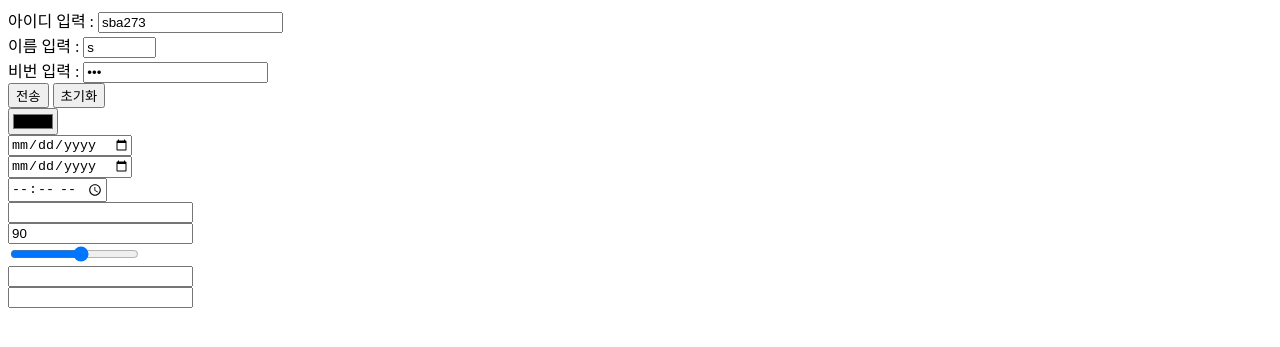
Repository: Kray273/JSLab
Page: html/src/main/webapp/Day97/formtag4.html
An editor plug-in stored every save of this project. The page is shown before and after the next save, followed by the edit.
The browser window is 1280 px wide. The pictures show the whole page.

Above is the page before, as saved 2022-11-25 01:42:42.

After the next save:
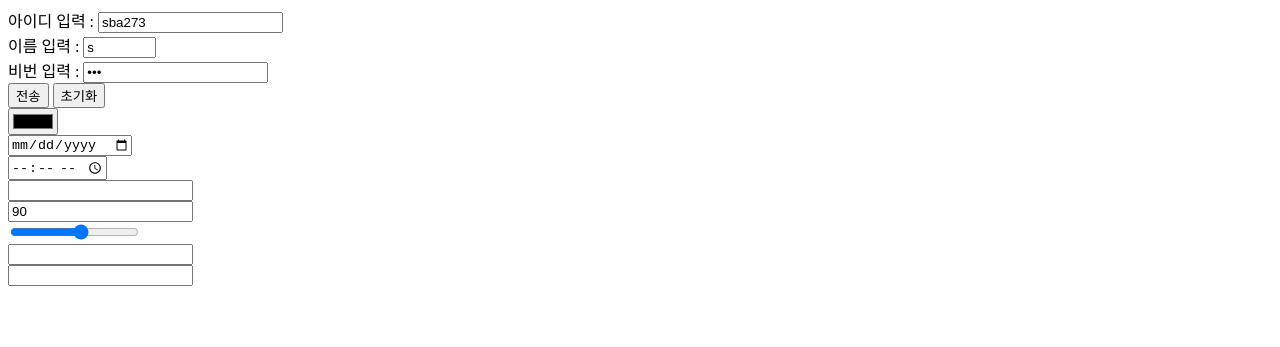
Saved 11 s later.
--- a/html/src/main/webapp/Day97/formtag4.html
+++ b/html/src/main/webapp/Day97/formtag4.html
@@ -19,7 +19,6 @@
  <!-- html5 추가 input type들 - 모든 브라우저 동일 모양 태그 지원하지 않는다-->
 <input type="color" name="mycolor"><br>
 <input type="date" name="mydate"><br>
-<input type="date" name="mydate"><br>
 <input type="time" name="mytime"><br>
 <input type="email" name="myemail" required><br>
 <input type="number" name="mynumber" value=90><br>
